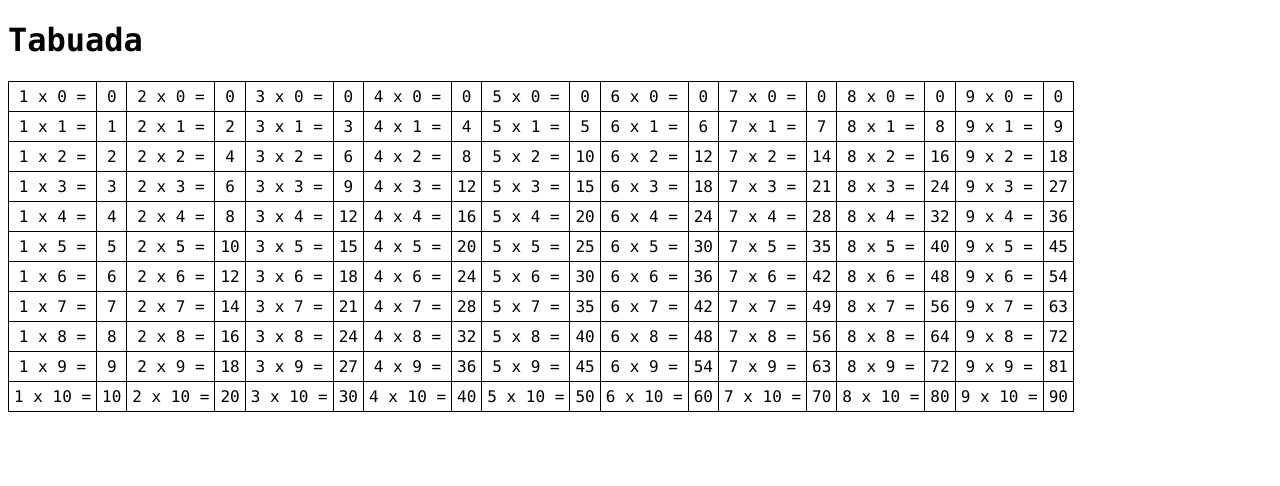
Repository: JulioCesarSF/Java
Page: http://localhost/Exercicio_02-JSPs/tabuada.jsp
An editor plug-in stored every save of this project. The page is shown before and after the next save, followed by the edit.
The browser window is 1280 px wide. The pictures show the whole page.
The page is served by Tomcat 9.

Above is the page before, as saved 2016-08-17 18:48:07.

### ProjetosFaculdade/Thiago/Exercicio_02-JSPs/WebContent/tabuada.jsp
<%@page import="org.apache.jasper.tagplugins.jstl.core.Out"%>
<%@ page language="java" contentType="text/html; charset=ISO-8859-1"
	pageEncoding="ISO-8859-1"%>
<!DOCTYPE html PUBLIC "-//W3C//DTD HTML 4.01 Transitional//EN" "http://www.w3.org/TR/html4/loose.dtd">
<html>
<head>
<meta http-equiv="Content-Type" content="text/html; charset=ISO-8859-1">
<title>Tabuada</title>
<link rel="" type="">
<link rel="stylesheet" type="text/css" href="estilo.css">
</head>
<body>
	<div>
		<h1>Tabuada</h1>
	</div>

	<table>

		<%
			int n = 1;
			for (int i = 0; i < 11; i++) {
				System.out.println(n + " x " + i + " = " + (n*i));
		%>

		<tr>
			<td><%=n%> x <%=i%> =</td>
			<td><%=n*i%>

			<% n++; %>
			<td><%=n%> x <%=i%> =</td>
			<td><%=n*i%>

			<% n++; %>
			<td><%=n%> x <%=i%> =</td>
			<td><%=n*i%>

			<% n++; %>
			<td><%=n%> x <%=i%> =</td>
			<td><%=n*i%>

			<% n++; %>
			<td><%=n%> x <%=i%> =</td>
			<td><%=n*i%>

			<% n++; %>
			<td><%=n%> x <%=i%> =</td>
			<td><%=n*i%>

			<% n++; %>
			<td><%=n%> x <%=i%> =</td>
			<td><%=n*i%>

			<% n++; %>
			<td><%=n%> x <%=i%> =</td>
			<td><%=n*i%>

			<% n++; %>
			<td><%=n%> x <%=i%> =</td>
			<td><%=n*i%>

		</tr>

		<%
			n = 1;
			}
		%>

	</table>

</body>
</html>

### ProjetosFaculdade/Thiago/Exercicio_02-JSPs/WebContent/estilo.css
body{
	font-family: Consolas, Arial;
}

table{
	border-collapse: collapse;
}

td{
	border: 1px solid black;
	padding: 5px;
	text-align: center;
}

ul.menu li{
	display : inline;
	padding: 15px;
	border : 1px solid black;
}

ul.menu a{
	text-decoration: none;
	color: blue;
}

ul.menu a:HOVER {
	color : red;
}

### ProjetosFaculdade/Thiago/Exercicio_02-JSPs/WebContent/topo.jsp
<div>
	<ul class="menu">
		<li><a href="tabuada.jsp">Tabuada</a>
		<li><a href="operacoes-matematicas.jps">Operações Matemáticas</a></li>
	</ul>
</div>

After the next save:
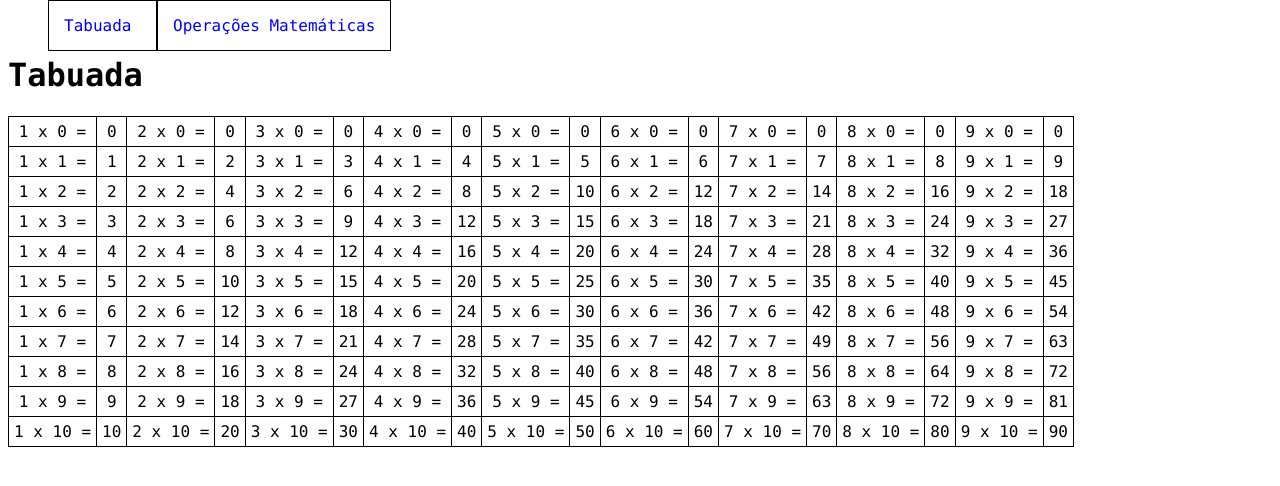
Saved 29 s later.
--- a/ProjetosFaculdade/Thiago/Exercicio_02-JSPs/WebContent/tabuada.jsp
+++ b/ProjetosFaculdade/Thiago/Exercicio_02-JSPs/WebContent/tabuada.jsp
@@ -10,6 +10,9 @@
 <link rel="stylesheet" type="text/css" href="estilo.css">
 </head>
 <body>
+
+<%@ include file="topo.jsp" %>
+
 	<div>
 		<h1>Tabuada</h1>
 	</div>
